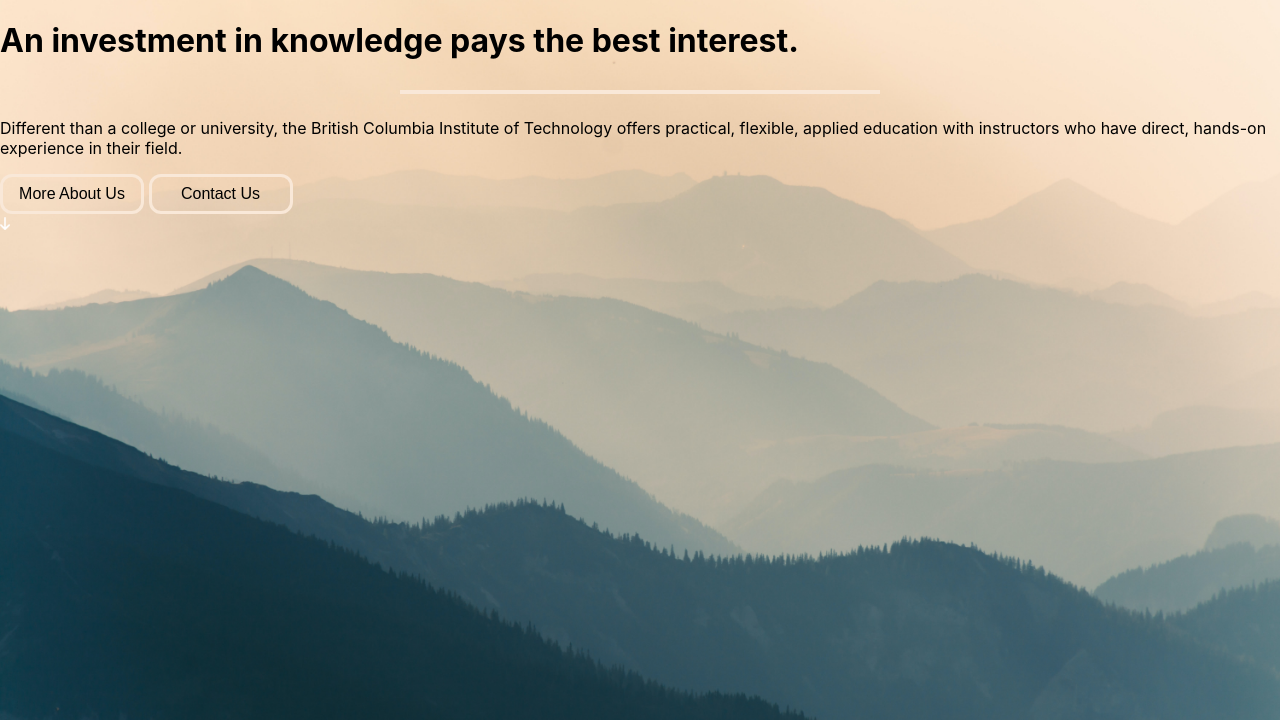
Repository: SaraShio/A01314209_Sara_Shiojima
Page: /
These files come from the project's save history. The page is drawn as it stood at one moment and after the next save; the edit follows.
The browser window is 1280 px wide. The pictures show the whole page.
The project was rebuilt for these pictures with package versions that can differ from the ones it lists, and the page was loaded fresh each time. The framework's server and built-in components were replaced by stand-ins that run in the browser. Also part of the build but not shown: next.config.js.

Above is the page before, as saved 2023-02-08 16:21:32.

### pages/index.js
import Head from 'next/head'
import Image from 'next/image'
import styles from '../styles/Home.module.css'
import Link from 'next/link'
import Arrow from '../components/Arrow'

export default function Home() {
  return (
    <>
      <Head>
        <title>Home</title>
        <meta name="author" content="MDIA 2109" />
        <meta property="og:title" content="Assignment #1 - Home Page" />
        <meta property="og:description" content="BCIT Digital Design and Development Diploma" />
        <link rel="icon" href='/favicon.png' />
      </Head>

      <main className={styles.main}>
        <div className={styles.content}>
          <header>
            <h1 className={styles.information}>An investment in knowledge pays the best interest.</h1>
          </header>
          <hr className={styles.line}></hr>
          <p>Different than a college or university, the British Columbia Institute of Technology offers practical, flexible, applied education with instructors who have direct, hands-on experience in their field.</p>
          <div>
            <a href='/about'> <button className={styles.button}>More About Us</button></a>

            <a href='/contact'> <button className={styles.button}>Contact Us</button></a>
          </div>
        </div>
        <Arrow page="Home" />
      </main>
    </>
  )
}

### styles/globals.css
:root{
  --beige:#f9e8d8;
  --black: #000000;
  }


html,
body {
  padding: 0;
  margin: 0;
  font-family: -apple-system, BlinkMacSystemFont, Segoe UI, Roboto, Oxygen,
    Ubuntu, Cantarell, Fira Sans, Droid Sans, Helvetica Neue, sans-serif;
}

a {
  color: inherit;
  text-decoration: none;
}

* {
  box-sizing: border-box;
}

@media (prefers-color-scheme: dark) {
  html {
    color-scheme: dark;
  }
  body {
    color: white;
    background: black;
  }
}

### styles/Home.module.css

.main{
background-image: url(../public/background-images/backgroundMountain.jpg);
height: 100vh;
width: 100vw;
background-size: cover;
background-repeat:no-repeat;
background-position:center;
}



.content{
    display: flex;
    flex-direction: column;
    align-items: left;
}

.button{
background-color: transparent;
border: 0.2rem solid var(--beige);
height: 2.5rem;
width: 9rem;
font-size: 1rem;
border-radius: 0.75rem;
}

.line{
    width: 30rem;
    height: 0.25rem;
    background-color: var(--beige);
border: none;
}

.header{
    margin-top: 30rem;
    margin-right: 0rem;
}

### components/Arrow/index.js
import styles from './Arrow.module.css'

export default function Arrow({
    page = "home",
}) {
    return (

        page.toLowerCase() === "home" ?
            <div className={styles.arrow}><a><span><img src={'public/icons/downwardArrow.png'} /></span></a>
            </div> :
            page.toLowerCase() === "about" ?
                <div className={styles.arrow}><a><span><img src={'public/icons/upwardArrow.png'} /></span></a>
                    <a><span><img src={'public/icons/downwardArrow.png'} /></span></a>
                </div> :
                page.toLowerCase() === "contact" ?
                    <div className={styles.arrow}><a href="/about"><span><img src={'public/icons/upwardArrow.png'} /></span></a>
                    </div> :
                    <div className={styles.arrow}><a href="/"><span><img src={'public/icons/downwardArrow.png'} /></span></a>
                    </div>
    )
}

### components/Arrow/Arrow.module.css
.arrow{
    color: pink;
    bottom:20px;
}


.arrow > a > span > img{
    width: 10px;
}

Loaded but not shown: pages/_app.js (common file)

After the next save:
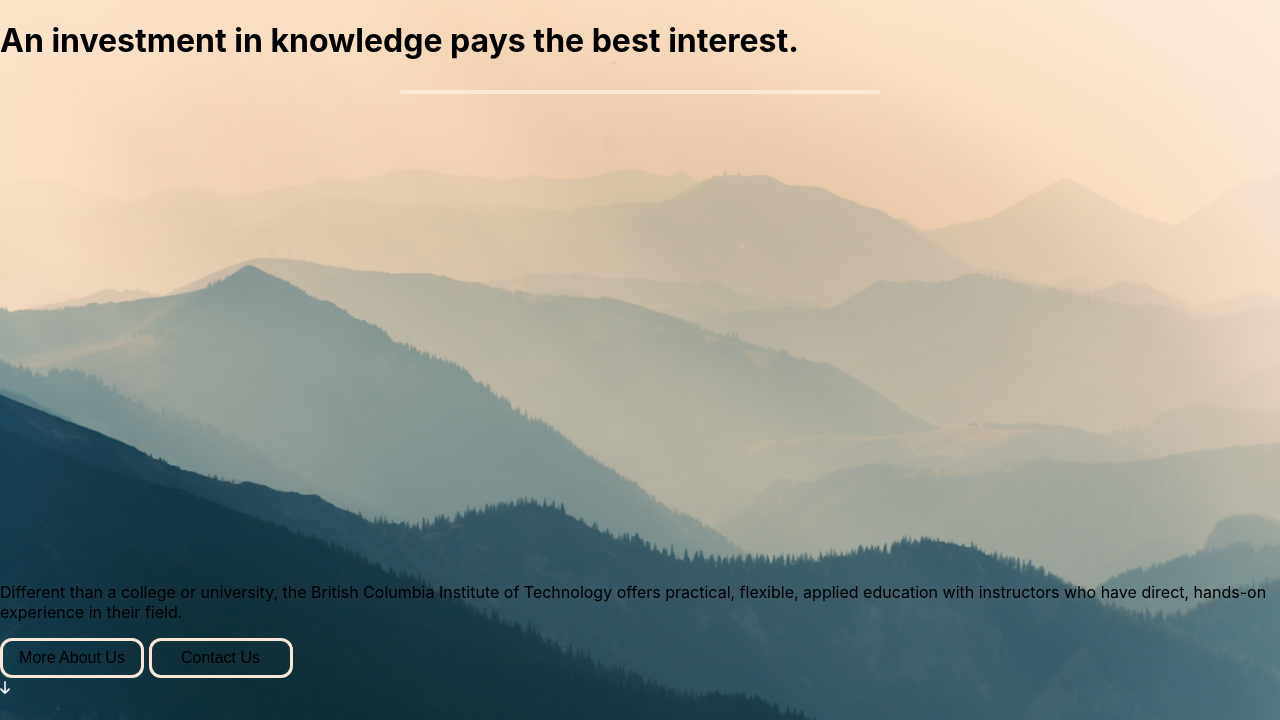
Saved 15 s later.
--- a/pages/index.js
+++ b/pages/index.js
@@ -21,7 +21,7 @@ export default function Home() {
             <h1 className={styles.information}>An investment in knowledge pays the best interest.</h1>
           </header>
           <hr className={styles.line}></hr>
-          <p>Different than a college or university, the British Columbia Institute of Technology offers practical, flexible, applied education with instructors who have direct, hands-on experience in their field.</p>
+          <p className={styles.header}>Different than a college or university, the British Columbia Institute of Technology offers practical, flexible, applied education with instructors who have direct, hands-on experience in their field.</p>
           <div>
             <a href='/about'> <button className={styles.button}>More About Us</button></a>
 
